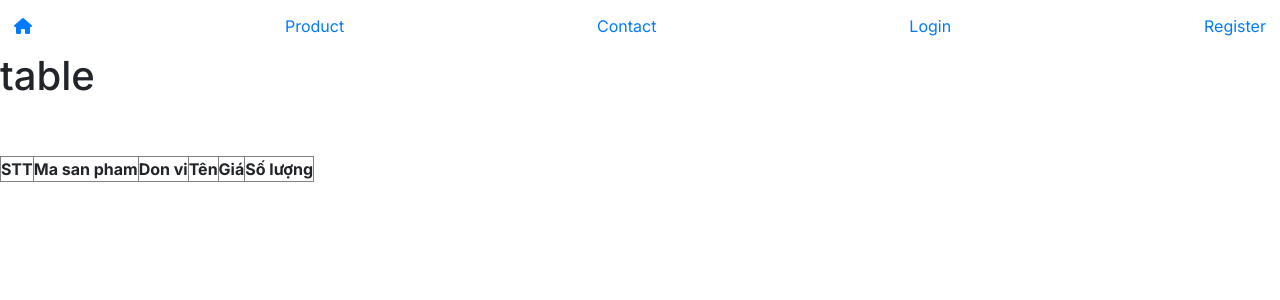
Repository: bao2222/hoc-lam-web
Page: About-me.html
These files come from the project's save history. The page is drawn as it stood at one moment and after the next save; the edit follows.
The browser window is 1280 px wide. The pictures show the whole page.

Above is the page before, as saved 2025-01-23 17:22:46.

After the next save:
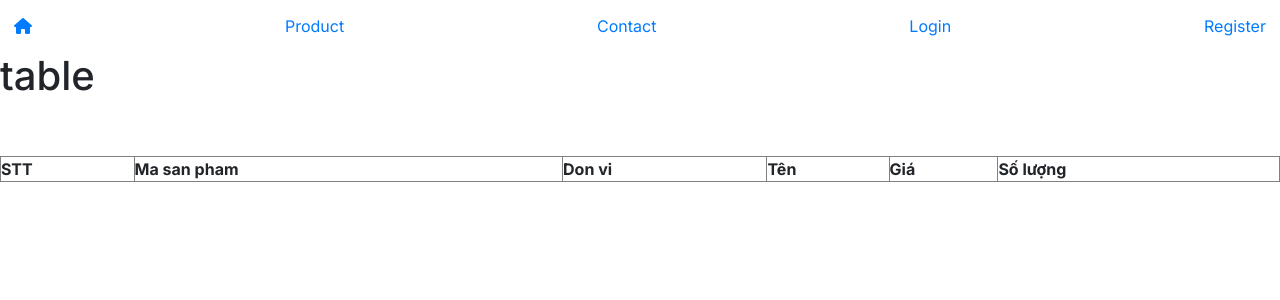
Saved 15 s later.
--- a/About-me.html
+++ b/About-me.html
@@ -41,7 +41,7 @@
         </header>
         <main>
             <h1>table</h1>
-            <table border="1">
+            <table border="1" width="100%" height="100%">
                 <tr>
                     <th>STT </th><br><br>
                     <th>Ma san pham </th>
